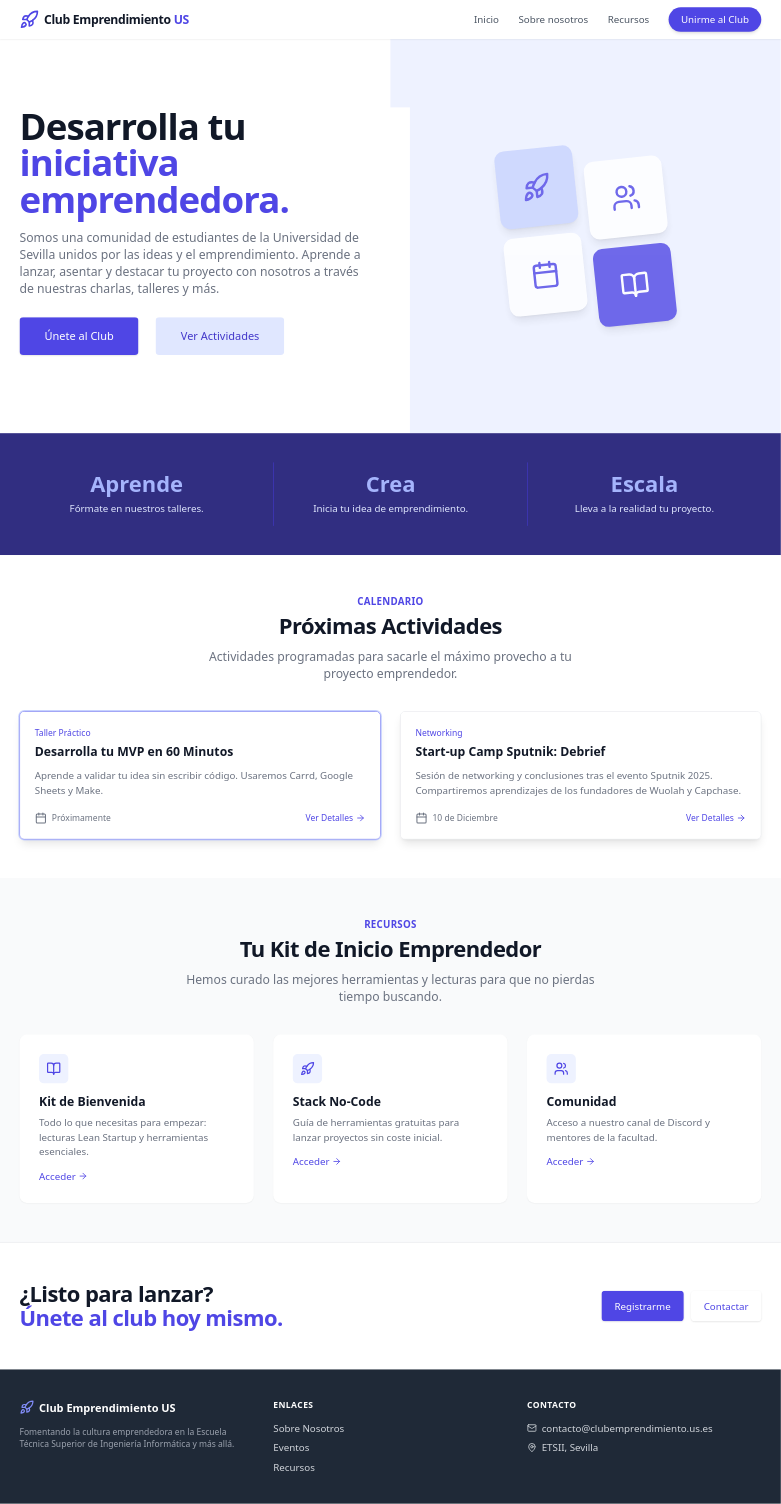
Repository: enerombar/club-emprendimiento-web
Page: /
An editor plug-in stored every save of this project. The page is shown before and after the next save, followed by the edit.
The browser window is 1280 px wide. The pictures show the whole page, at 61% of full size.
The project was rebuilt for these pictures with package versions that can differ from the ones it lists, and the page was loaded fresh each time. Also part of the build but not shown: vite.config.js.

Above is the page before, as saved 2025-12-08 00:19:27.

### index.html
<!doctype html>
<html lang="en">
  <head>
    <meta charset="UTF-8" />
    <link rel="icon" type="image/svg+xml" href="/vite.svg" />
    <meta name="viewport" content="width=device-width, initial-scale=1.0" />
    <title>club-emprendimiento</title>
  </head>
  <body>
    <div id="root"></div>
    <script type="module" src="/src/main.jsx"></script>
  </body>
</html>

### src/App.jsx
import React, { useState } from 'react';
import { Rocket, Users, Calendar, BookOpen, ArrowRight, Menu, X, CheckCircle, Mail, MapPin, Clock, Info } from 'lucide-react';

const ClubEmprendimiento = () => {
  const [isMenuOpen, setIsMenuOpen] = useState(false);
  const [selectedEvent, setSelectedEvent] = useState(null); // Estado para el evento seleccionado (modal)

  // Datos de ejemplo basados en tu trabajo real, ahora con MÁS detalles
  const upcomingEvents = [
    {
      id: 1,
      title: "Desarrolla tu MVP en 60 Minutos",
      date: "Próximamente",
      time: "16:00 - 18:00",
      location: "Aula H1.10, ETSII",
      description: "Aprende a validar tu idea sin escribir código. Usaremos Carrd, Google Sheets y Make.",
      fullDescription: "En este taller práctico intensivo, romperemos el mito de que necesitas meses de programación para lanzar una idea. Aprenderás a construir un flujo de validación completo usando herramientas No-Code. Saldrás del taller con una Landing Page funcional conectada a una base de datos y un sistema de email automático.",
      agenda: [
        "Introducción: La trampa de la sobre-ingeniería",
        "Herramientas: Carrd, Airtable y Make",
        "Live Demo: Construyendo en tiempo real",
        "Estrategias de validación rápida"
      ],
      tag: "Taller Práctico",
      highlight: true
    },
    {
      id: 2,
      title: "Start-up Camp Sputnik: Debrief",
      date: "10 de Diciembre",
      time: "17:30 - 19:00",
      location: "Sala de Juntas, ETSII",
      description: "Sesión de networking y conclusiones tras el evento Sputnik 2025. Compartiremos aprendizajes de los fundadores de Wuolah y Capchase.",
      fullDescription: "Una sesión exclusiva para compartir los 'insights' más potentes extraídos del Start-up Camp de Sputnik. Analizaremos las claves de crecimiento de startups sevillanas como Wuolah y debatiremos sobre las oportunidades actuales en el ecosistema emprendedor.",
      agenda: [
        "Resumen del evento Sputnik 2025",
        "Lecciones aprendidas de Wuolah y Capchase",
        "Networking con pizza y refrescos",
        "Presentación de nuevos proyectos del club"
      ],
      tag: "Networking",
      highlight: false
    }
  ];

  const resources = [
    {
      title: "Kit de Bienvenida",
      desc: "Todo lo que necesitas para empezar: lecturas Lean Startup y herramientas esenciales.",
      icon: <BookOpen className="w-6 h-6 text-indigo-600" />
    },
    {
      title: "Stack No-Code",
      desc: "Guía de herramientas gratuitas para lanzar proyectos sin coste inicial.",
      icon: <Rocket className="w-6 h-6 text-indigo-600" />
    },
    {
      title: "Comunidad",
      desc: "Acceso a nuestro canal de Discord y mentores de la facultad.",
      icon: <Users className="w-6 h-6 text-indigo-600" />
    }
  ];

  // Función para abrir el modal
  const openModal = (event) => {
    setSelectedEvent(event);
    document.body.style.overflow = 'hidden'; // Evitar scroll de fondo
  };

  // Función para cerrar el modal
  const closeModal = () => {
    setSelectedEvent(null);
    document.body.style.overflow = 'auto'; // Restaurar scroll
  };

  return (
    <div className="min-h-screen bg-gray-50 font-sans text-gray-900">

      {/* --- NAVBAR --- */}
      <nav className="bg-white shadow-sm sticky top-0 z-50">
        <div className="max-w-7xl mx-auto px-4 sm:px-6 lg:px-8">
          <div className="flex justify-between h-16">
            <div className="flex items-center">
              <div className="flex-shrink-0 flex items-center gap-2">
                <Rocket className="h-8 w-8 text-indigo-600" />
                <span className="font-bold text-xl tracking-tight">Club Emprendimiento <span className="text-indigo-600">US</span></span>
              </div>
            </div>

            {/* Desktop Menu */}
            <div className="hidden md:flex items-center space-x-8">
              <a href="#inicio" className="text-gray-600 hover:text-indigo-600 transition">Inicio</a>
              <a href="#sobre-nosotros" className="text-gray-600 hover:text-indigo-600 transition">Sobre nosotros</a>
              <a href="#recursos" className="text-gray-600 hover:text-indigo-600 transition">Recursos</a>
              <button className="bg-indigo-600 text-white px-5 py-2 rounded-full font-medium hover:bg-indigo-700 transition shadow-md">
                Unirme al Club
              </button>
            </div>

            {/* Mobile menu button */}
            <div className="md:hidden flex items-center">
              <button onClick={() => setIsMenuOpen(!isMenuOpen)} className="text-gray-600 hover:text-gray-900 focus:outline-none">
                {isMenuOpen ? <X className="h-6 w-6" /> : <Menu className="h-6 w-6" />}
              </button>
            </div>
          </div>
        </div>

        {/* Mobile Menu */}
        {isMenuOpen && (
          <div className="md:hidden bg-white border-t border-gray-100">
            <div className="px-2 pt-2 pb-3 space-y-1 sm:px-3">
              <a href="#inicio" className="block px-3 py-2 rounded-md text-base font-medium text-gray-700 hover:text-indigo-600 hover:bg-gray-50">Inicio</a>
              <a href="#actividades" className="block px-3 py-2 rounded-md text-base font-medium text-gray-700 hover:text-indigo-600 hover:bg-gray-50">Actividades</a>
              <a href="#recursos" className="block px-3 py-2 rounded-md text-base font-medium text-gray-700 hover:text-indigo-600 hover:bg-gray-50">Recursos</a>
              <a href="#" className="block px-3 py-2 rounded-md text-base font-medium text-indigo-600 font-bold">Unirme ahora</a>
            </div>
          </div>
        )}
      </nav>

      {/* --- HERO SECTION --- */}
      <div id="inicio" className="relative bg-white overflow-hidden">
        <div className="max-w-7xl mx-auto">
          <div className="relative z-10 pb-8 bg-white sm:pb-16 md:pb-20 lg:max-w-2xl lg:w-full lg:pb-28 xl:pb-32">
            <main className="mt-10 mx-auto max-w-7xl px-4 sm:mt-12 sm:px-6 md:mt-16 lg:mt-20 lg:px-8 xl:mt-28">
              <div className="sm:text-center lg:text-left">
                <h1 className="text-4xl tracking-tight font-extrabold text-gray-900 sm:text-5xl md:text-6xl">
                  <span className="block xl:inline">Desarrolla tu </span>{' '}
                  <span className="block text-indigo-600 xl:inline">iniciativa emprendedora.</span>
                </h1>
                <p className="mt-3 text-base text-gray-500 sm:mt-5 sm:text-lg sm:max-w-xl sm:mx-auto md:mt-5 md:text-xl lg:mx-0">
                  Somos una comunidad de estudiantes de la Universidad de Sevilla unidos por las ideas y el emprendimiento. Aprende a lanzar, asentar y destacar tu proyecto con nosotros a través de nuestras charlas, talleres y más.
                </p>
                <div className="mt-5 sm:mt-8 sm:flex sm:justify-center lg:justify-start gap-4">
                  <div className="rounded-md shadow">
                    <a href="#" className="w-full flex items-center justify-center px-8 py-3 border border-transparent text-base font-medium rounded-md text-white bg-indigo-600 hover:bg-indigo-700 md:py-4 md:text-lg md:px-10">
                      Únete al Club
                    </a>
                  </div>
                  <div className="mt-3 sm:mt-0 sm:ml-3">
                    <a href="#actividades" className="w-full flex items-center justify-center px-8 py-3 border border-transparent text-base font-medium rounded-md text-indigo-700 bg-indigo-100 hover:bg-indigo-200 md:py-4 md:text-lg md:px-10">
                      Ver Actividades
                    </a>
                  </div>
                </div>
              </div>
            </main>
          </div>
        </div>
        <div className="lg:absolute lg:inset-y-0 lg:right-0 lg:w-1/2 bg-indigo-50 flex items-center justify-center">
            {/* Placeholder visual - Abstract representation of connection */}
            <div className="relative w-full h-64 sm:h-72 md:h-96 lg:h-full flex items-center justify-center p-10">
                <div className="grid grid-cols-2 gap-4 opacity-80 transform -rotate-6">
                    <div className="w-32 h-32 bg-indigo-200 rounded-2xl flex items-center justify-center shadow-lg"><Rocket className="w-12 h-12 text-indigo-600"/></div>
                    <div className="w-32 h-32 bg-white rounded-2xl flex items-center justify-center shadow-lg mt-8"><Users className="w-12 h-12 text-indigo-600"/></div>
                    <div className="w-32 h-32 bg-white rounded-2xl flex items-center justify-center shadow-lg -mt-8"><Calendar className="w-12 h-12 text-indigo-600"/></div>
                    <div className="w-32 h-32 bg-indigo-600 rounded-2xl flex items-center justify-center shadow-lg"><BookOpen className="w-12 h-12 text-white"/></div>
                </div>
            </div>
        </div>
      </div>

      {/* --- STATS / MANTRA --- */}
      <div className="bg-indigo-900 text-white py-12">
        <div className="max-w-7xl mx-auto px-4 sm:px-6 lg:px-8">
          <div className="grid grid-cols-1 md:grid-cols-3 gap-8 text-center">
            <div className="p-4">
              <div className="text-4xl font-bold text-indigo-300 mb-2">Aprende</div>
              <div className="text-indigo-100">Fórmate en nuestros talleres.</div>
            </div>
            <div className="p-4 border-l-0 md:border-l border-indigo-700">
              <div className="text-4xl font-bold text-indigo-300 mb-2">Crea</div>
              <div className="text-indigo-100">Inicia tu idea de emprendimiento.</div>
            </div>
            <div className="p-4 border-l-0 md:border-l border-indigo-700">
              <div className="text-4xl font-bold text-indigo-300 mb-2">Escala</div>
              <div className="text-indigo-100">Lleva a la realidad tu proyecto.</div>
            </div>
          </div>
        </div>
      </div>

      {/* --- ACTIVIDADES --- */}
      <div id="actividades" className="py-16 bg-white">
        <div className="max-w-7xl mx-auto px-4 sm:px-6 lg:px-8">
          <div className="text-center">
            <h2 className="text-base text-indigo-600 font-semibold tracking-wide uppercase">Calendario</h2>
            <p className="mt-2 text-3xl leading-8 font-extrabold tracking-tight text-gray-900 sm:text-4xl">
              Próximas Actividades
            </p>
            <p className="mt-4 max-w-2xl text-xl text-gray-500 mx-auto">
              Actividades programadas para sacarle el máximo provecho a tu proyecto emprendedor.
            </p>
          </div>

          <div className="mt-12 grid gap-8 md:grid-cols-2 lg:grid-cols-2">
            {upcomingEvents.map((event) => (
              // Añadido onClick para abrir el modal
              <div
                key={event.id}
                onClick={() => openModal(event)}
                className={`flex flex-col rounded-lg shadow-lg overflow-hidden border cursor-pointer transition-transform hover:scale-105 ${event.highlight ? 'border-indigo-500 ring-2 ring-indigo-200' : 'border-gray-200'}`}
              >
                <div className="flex-1 bg-white p-6 flex flex-col justify-between">
                  <div className="flex-1">
                    <p className="text-sm font-medium text-indigo-600">
                      {event.tag}
                    </p>
                    <div className="block mt-2">
                      <p className="text-xl font-semibold text-gray-900">{event.title}</p>
                      <p className="mt-3 text-base text-gray-500">{event.description}</p>
                    </div>
                  </div>
                  <div className="mt-6 flex items-center justify-between">
                    <div className="flex items-center text-gray-500">
                        <Calendar className="h-5 w-5 mr-2" />
                        <span className="text-sm font-medium">{event.date}</span>
                    </div>
                    <div className="flex items-center text-indigo-600 font-medium text-sm">
                        Ver Detalles <ArrowRight className="ml-1 w-4 h-4" />
                    </div>
                  </div>
                </div>
              </div>
            ))}
          </div>
        </div>
      </div>

      {/* --- MODAL DE DETALLES DEL EVENTO --- */}
      {selectedEvent && (
        <div className="fixed inset-0 z-50 overflow-y-auto" aria-labelledby="modal-title" role="dialog" aria-modal="true">
          <div className="flex items-end justify-center min-h-screen pt-4 px-4 pb-20 text-center sm:block sm:p-0">
            {/* Overlay de fondo oscuro */}
            <div
              className="fixed inset-0 bg-gray-500 bg-opacity-75 transition-opacity"
              aria-hidden="true"
              onClick={closeModal}
            ></div>

            {/* Centrado vertical del modal */}
            <span className="hidden sm:inline-block sm:align-middle sm:h-screen" aria-hidden="true">&#8203;</span>

            {/* Contenido del Modal */}
            <div className="inline-block align-bottom bg-white rounded-lg text-left overflow-hidden shadow-xl transform transition-all sm:my-8 sm:align-middle sm:max-w-lg sm:w-full">
              <div className="bg-white px-4 pt-5 pb-4 sm:p-6 sm:pb-4">
                <div className="sm:flex sm:items-start">
                  <div className="mt-3 text-center sm:mt-0 sm:ml-4 sm:text-left w-full">
                    {/* Header del Modal con Título y Tag */}
                    <div className="flex justify-between items-start">
                        <div>
                            <span className="inline-flex items-center px-2.5 py-0.5 rounded-full text-xs font-medium bg-indigo-100 text-indigo-800 mb-2">
                                {selectedEvent.tag}
                            </span>
                            <h3 className="text-2xl leading-6 font-bold text-gray-900" id="modal-title">
                                {selectedEvent.title}
                            </h3>
                        </div>
                        <button
                            onClick={closeModal}
                            className="bg-white rounded-md text-gray-400 hover:text-gray-500 focus:outline-none"
                        >
                            <X className="h-6 w-6" />
                        </button>
                    </div>

                    {/* Información Clave (Fecha, Hora, Lugar) */}
                    <div className="mt-4 bg-gray-50 rounded-lg p-4 grid grid-cols-1 gap-3">
                        <div className="flex items-center text-gray-700">
                            <Calendar className="h-5 w-5 mr-3 text-indigo-600" />
                            <span className="font-medium">{selectedEvent.date}</span>
                        </div>
                        <div className="flex items-center text-gray-700">
                            <Clock className="h-5 w-5 mr-3 text-indigo-600" />
                            <span className="font-medium">{selectedEvent.time}</span>
                        </div>
                        <div className="flex items-center text-gray-700">
                            <MapPin className="h-5 w-5 mr-3 text-indigo-600" />
                            <span className="font-medium">{selectedEvent.location}</span>
                        </div>
                    </div>

                    {/* Descripción Completa */}
                    <div className="mt-4">
                      <h4 className="font-bold text-gray-900 mb-2">Sobre este evento</h4>
                      <p className="text-sm text-gray-600">
                        {selectedEvent.fullDescription}
                      </p>
                    </div>

                    {/* Agenda */}
                    {selectedEvent.agenda && (
                        <div className="mt-4">
                            <h4 className="font-bold text-gray-900 mb-2">Agenda</h4>
                            <ul className="text-sm text-gray-600 space-y-2">
                                {selectedEvent.agenda.map((item, index) => (
                                    <li key={index} className="flex items-start">
                                        <CheckCircle className="h-4 w-4 text-green-500 mr-2 mt-0.5 flex-shrink-0" />
                                        <span>{item}</span>
                                    </li>
                                ))}
                            </ul>
                        </div>
                    )}
                  </div>
                </div>
              </div>
              <div className="bg-gray-50 px-4 py-3 sm:px-6 sm:flex sm:flex-row-reverse">
                <button type="button" className="w-full inline-flex justify-center rounded-md border border-transparent shadow-sm px-4 py-2 bg-indigo-600 text-base font-medium text-white hover:bg-indigo-700 focus:outline-none sm:ml-3 sm:w-auto sm:text-sm">
                  Inscribirme Ahora
                </button>
                <button
                    type="button"
                    className="mt-3 w-full inline-flex justify-center rounded-md border border-gray-300 shadow-sm px-4 py-2 bg-white text-base font-medium text-gray-700 hover:bg-gray-50 focus:outline-none sm:mt-0 sm:ml-3 sm:w-auto sm:text-sm"
                    onClick={closeModal}
                >
                  Cerrar
                </button>
              </div>
            </div>
          </div>
        </div>
      )}

      {/* --- RECURSOS (Kit de Bienvenida) --- */}
      <div id="recursos" className="py-16 bg-gray-50">
        <div className="max-w-7xl mx-auto px-4 sm:px-6 lg:px-8">
          <div className="lg:text-center mb-12">
            <h2 className="text-base text-indigo-600 font-semibold tracking-wide uppercase">Recursos</h2>
            <p className="mt-2 text-3xl leading-8 font-extrabold tracking-tight text-gray-900 sm:text-4xl">
              Tu Kit de Inicio Emprendedor
            </p>
            <p className="mt-4 max-w-2xl text-xl text-gray-500 lg:mx-auto">
              Hemos curado las mejores herramientas y lecturas para que no pierdas tiempo buscando.
            </p>
          </div>

          <div className="grid grid-cols-1 md:grid-cols-3 gap-8">
            {resources.map((item, index) => (
              <div key={index} className="bg-white p-8 rounded-xl shadow-sm hover:shadow-md transition duration-300">
                <div className="bg-indigo-50 w-12 h-12 rounded-lg flex items-center justify-center mb-4">
                  {item.icon}
                </div>
                <h3 className="text-xl font-bold text-gray-900 mb-2">{item.title}</h3>
                <p className="text-gray-500 mb-4">{item.desc}</p>
                <a href="#" className="text-indigo-600 hover:text-indigo-800 font-medium inline-flex items-center">
                  Acceder <ArrowRight className="ml-1 w-4 h-4" />
                </a>
              </div>
            ))}
          </div>
        </div>
      </div>

      {/* --- CTA / FOOTER --- */}
      <div className="bg-white border-t border-gray-200">
        <div className="max-w-7xl mx-auto py-12 px-4 sm:px-6 lg:py-16 lg:px-8 lg:flex lg:items-center lg:justify-between">
          <h2 className="text-3xl font-extrabold tracking-tight text-gray-900 sm:text-4xl">
            <span className="block">¿Listo para lanzar?</span>
            <span className="block text-indigo-600">Únete al club hoy mismo.</span>
          </h2>
          <div className="mt-8 flex lg:mt-0 lg:flex-shrink-0">
            <div className="inline-flex rounded-md shadow">
              <a href="#" className="inline-flex items-center justify-center px-5 py-3 border border-transparent text-base font-medium rounded-md text-white bg-indigo-600 hover:bg-indigo-700">
                Registrarme
              </a>
            </div>
            <div className="ml-3 inline-flex rounded-md shadow">
              <a href="#" className="inline-flex items-center justify-center px-5 py-3 border border-transparent text-base font-medium rounded-md text-indigo-600 bg-white hover:bg-gray-50">
                Contactar
              </a>
            </div>
          </div>
        </div>
      </div>

      <footer className="bg-gray-800 text-gray-300 py-12">
        <div className="max-w-7xl mx-auto px-4 sm:px-6 lg:px-8 grid grid-cols-1 md:grid-cols-3 gap-8">
            <div>
                <div className="flex items-center gap-2 mb-4">
                    <Rocket className="h-6 w-6 text-indigo-400" />
                    <span className="font-bold text-lg text-white">Club Emprendimiento US</span>
                </div>
                <p className="text-sm text-gray-400">
                    Fomentando la cultura emprendedora en la Escuela Técnica Superior de Ingeniería Informática y más allá.
                </p>
            </div>
            <div>
                <h3 className="text-white font-bold mb-4 uppercase text-sm tracking-wider">Enlaces</h3>
                <ul className="space-y-2">
                    <li><a href="#" className="hover:text-white transition">Sobre Nosotros</a></li>
                    <li><a href="#" className="hover:text-white transition">Eventos</a></li>
                    <li><a href="#" className="hover:text-white transition">Recursos</a></li>
                </ul>
            </div>
            <div>
                <h3 className="text-white font-bold mb-4 uppercase text-sm tracking-wider">Contacto</h3>
                <ul className="space-y-2">
                    <li className="flex items-center gap-2"><Mail className="w-4 h-4" /> contacto@clubemprendimiento.us.es</li>
                    <li className="flex items-center gap-2"><MapPin className="w-4 h-4" /> ETSII, Sevilla</li>
                </ul>
            </div>
        </div>
      </footer>
    </div>
  );
};

export default ClubEmprendimiento;

Loaded but not shown: src/main.jsx (common file); src/index.css (common file); tailwind.config.js (common file)

After the next save:
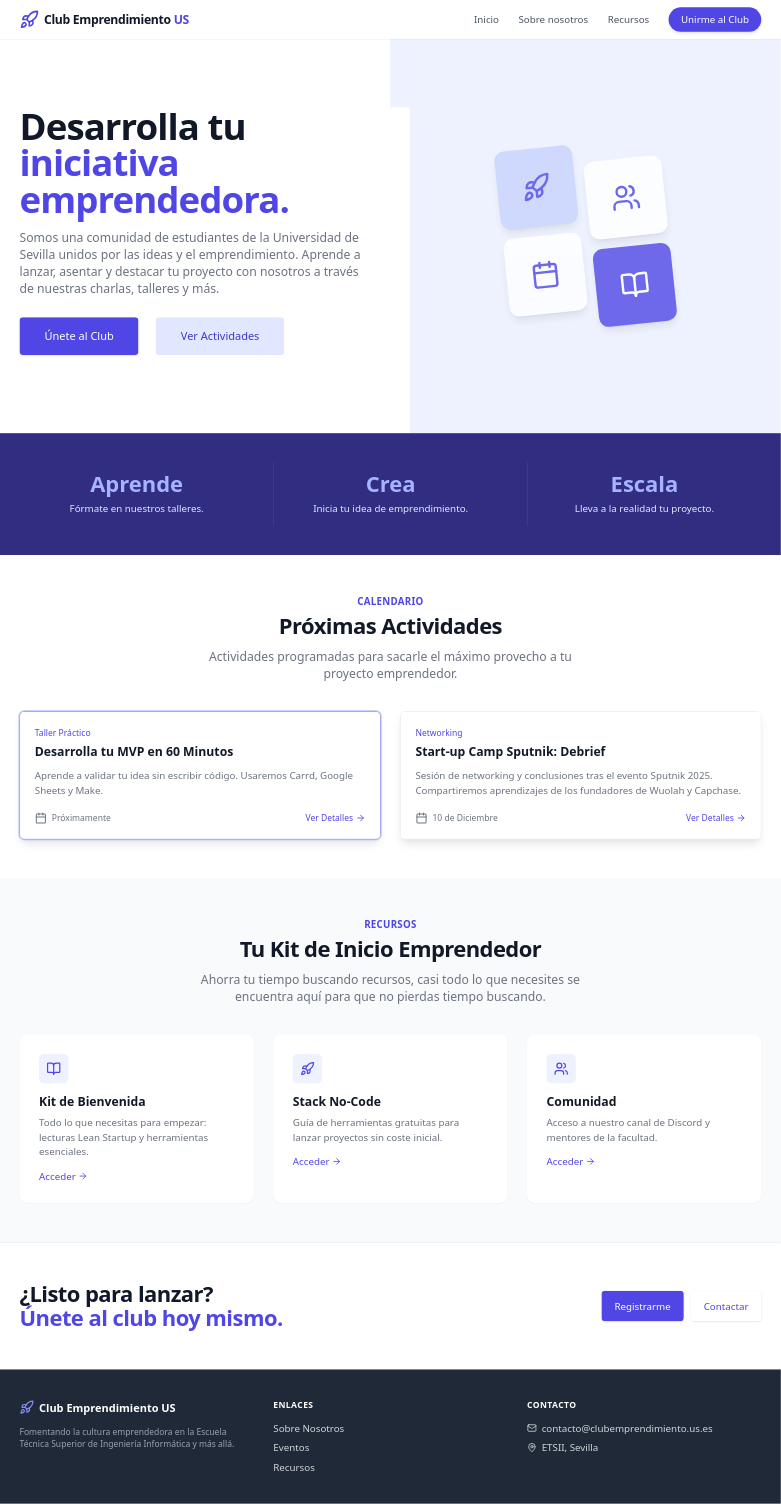
Saved 68 s later.
--- a/src/App.jsx
+++ b/src/App.jsx
@@ -332,7 +332,7 @@ const ClubEmprendimiento = () => {
               Tu Kit de Inicio Emprendedor
             </p>
             <p className="mt-4 max-w-2xl text-xl text-gray-500 lg:mx-auto">
-              Hemos curado las mejores herramientas y lecturas para que no pierdas tiempo buscando.
+              Ahorra tu tiempo buscando recursos, casi todo lo que necesites se encuentra aquí para que no pierdas tiempo buscando.
             </p>
           </div>
 
